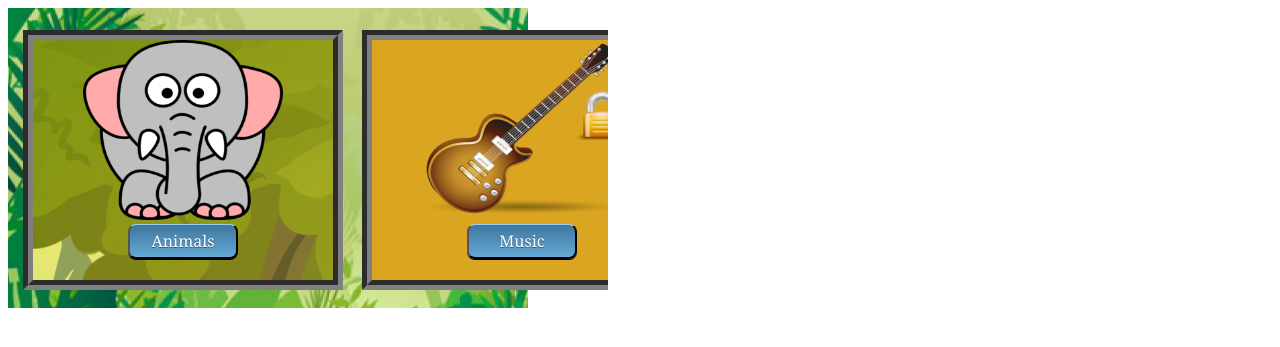
Repository: RathipriyaChandrasekaran/dotlite
Page: ConnectDots/menupage.html
An editor plug-in stored every save of this project. The page is shown before and after the next save, followed by the edit.
The browser window is 1280 px wide. The pictures show the whole page.

Above is the page before, as saved 2014-12-15 05:05:57.

After the next save:
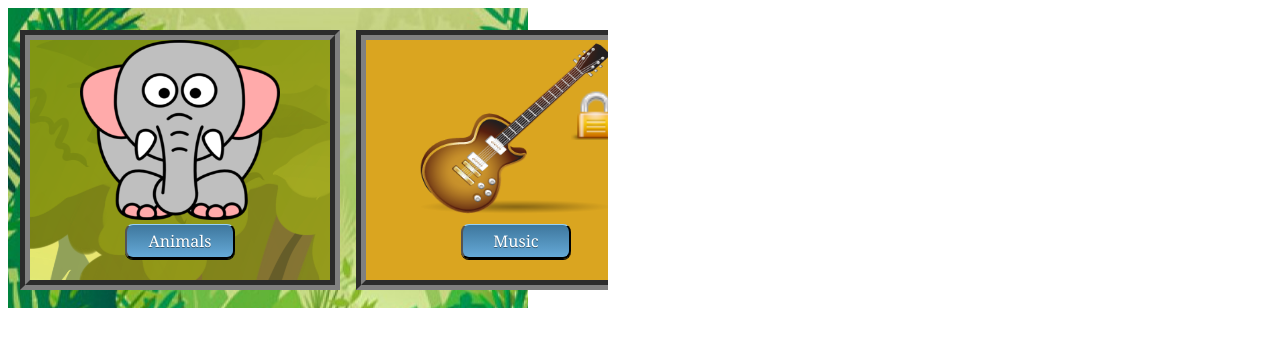
Saved 53 s later.
--- a/ConnectDots/css/menupage.css
+++ b/ConnectDots/css/menupage.css
@@ -21,7 +21,7 @@
   width:300px !important;
   display:inline-block;
   text-align:center;
-  margin-left: 15px;
+  margin-left: 12px;
 }
 
 img{
